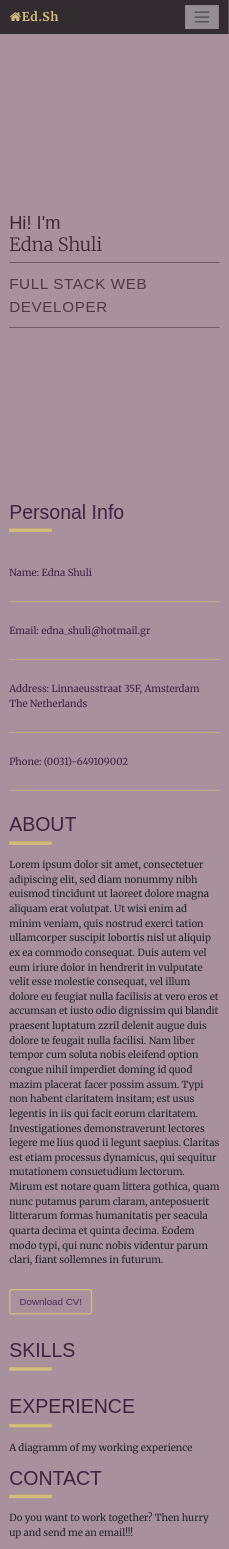
Repository: edshuli/Portfolio
Page: index.html
The author's editor kept a record of every edit. The page is drawn from the files as they stood at one moment, then again after the next edit.
The browser window is 375 px wide. The pictures show the whole page, at 61% of full size.
Some web fonts or font styles are not loaded; a fallback is used.

Above is the page before.

After the next edit:
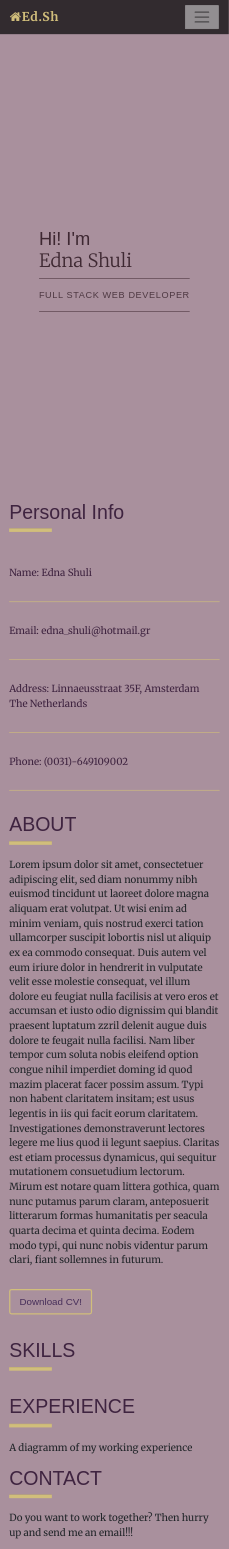
The edit:
--- a/assets/css/style.css
+++ b/assets/css/style.css
@@ -203,6 +203,10 @@
     font-size: 30px;
     font-weight: 300;
 }
+
+.title{
+    font-size: 15px;
+}
 }
 
 @media (min-width: 576px) and (max-width:768px){
